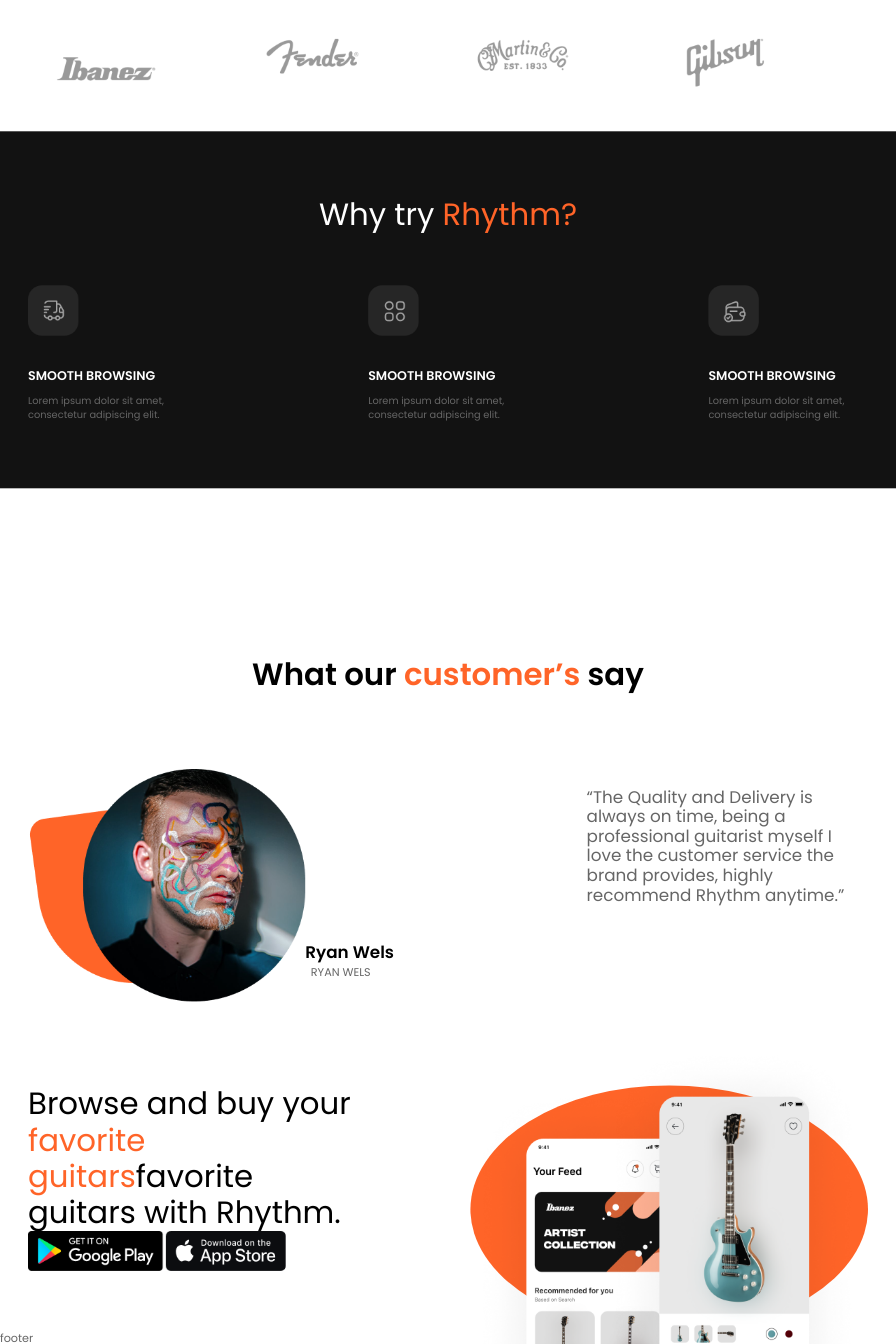
Repository: MorgunovaAlexandra/verstka-gitare-store
Page: index.html
The author's editor kept a copy of each file at every save. The page is drawn from the files as they stood at one save, then again after a run of saves.
The browser window is 1280 px wide. The pictures show the part of the page from y = 2622 to 4542 px (the page is 4542 px tall), at 70% of full size.

Above is the page before, as saved 2022-06-11 20:04:48.

### index.html
<!DOCTYPE html>
<html lang="en">
<head>
    <meta charset="UTF-8">
    <meta http-equiv="X-UA-Compatible" content="IE=edge">
    <meta name="viewport" content="width=device-width, initial-scale=1.0">
    <link rel="stylesheet" href="./style.css">
    <title>Document</title>
</head>
<body>
    <div class="wrapper">
        <header class="header">
            <div class="header__container _container">
                <a href="" class="header__logo">
                    <img src="./img/logo.svg" alt="">
                </a>
                <nav class="header__menu menu">
                    <ul class="menu__list">
                        <li class="menu__item">
                            <a href="" class="menu__link">Store</a>
                        </li>
                        <li class="menu__item">
                            <a href="" class="menu__link">Collections</a>
                        </li>
                        <li class="menu__item">
                            <a href="" class="menu__link">Support</a>
                        </li>
                    </ul>
                </nav>
            </div>
        </header>
        <main class="page">
            <section class="page__main main">
                <div class="main__container _container">
                    <div class="main__content">
                        <h1 class="main__title">Browse top quality <span>Guitars</span> online</h1>
                        <p class="main__text">Explore 50k+ latest collections of branded guitars online with Rhythm.</p>
                        <div class="main_actions actions-main">
                            <a href="" class="actions-main__button">Get the App</a>
                            <div class="actions-main__icon"><img src="./img/Group.png" alt="playMarket"></div>
                            <div class="actions-main__icon"><img src="./img/Apple logo.png" alt="apple"></div>
                        </div>
                    </div>
                    <div class="main_decor decor-main">
                        <div class="decor-main__image">
                            <img  src="./img/unsplash_H6j0Zsy91WY.png"alt="Main">
                        </div>
                    </div>
                </div>
            </section>
            <section class="page_store store">
               <div class="store_container _container">
                   <h2 class="store_title _title">
                    Check out the <span>Store</span>
                   </h2>
                   <div class="store__body body-store">
                       <div class="body-store__header">
                           <div class="body-store__title">NEW ON THE BOARD</div>
                           <a class="body-store__all">view all</a>
                       </div>
                       <div class="body-store__items">
                           <div class="body-store__item item">
                             <a href="" class="item__image">
                                 <img class="img-gitara" src="./img/1gitara.jpg" alt="gitare">
                             </a>
                             <div class="item__title">The Essential Les Paul</div>
                             <div class="item__price">$1,299.00</div>
                           </div>
                           <div class="body-store__item item">
                            <a href="" class="item__image">
                                <img  class="img-gitara" src="./img/2gitare.jpg" alt="gitare">
                            </a>
                            <div class="item__title">J-45 Standard</div>
                            <div class="item__price">$1,699.00</div>
                          </div>
                          <div class="body-store__item item">
                            <a href="" class="item__image">
                                <img  class="img-gitara" src="./img/3gitare.jpg" alt="gitare">
                            </a>
                            <div class="item__title">Hummingbird Standard</div>
                            <div class="item__price">$2,099.00</div>
                          </div>

                       </div>
                    <div class="body-store__header he">
                        <div class="body-store__title">TOP SELLING</div>
                        <a class="body-store__all">view all</a>
                    </div>
                       <div class="body-store__items">
                        <div class="body-store__item item">
                            <a href="" class="item__image">
                                <img class="img-gitara" src="./img/4gitare.jpg" alt="gitare">
                            </a>
                            <div class="item__title">Active Precision Bass® PH V</div>
                            <div class="item__price">$4,199.00</div>
                        </div>
                        <div class="body-store__item item">
                            <a href="" class="item__image">
                                <img class="img-gitara" src="./img/5gitare.jpg" alt="gitare">
                            </a>
                            <div class="item__title">Redondo Special</div>
                            <div class="item__price">$2,800.00</div>
                        </div>
                        <div class="body-store__item item">
                            <a href="" class="item__image">
                                <img class="img-gitara" src="./img/6gitare.jpg" alt="gitare">
                            </a>
                            <div class="item__title">Professional II Stratocaster®</div>
                            <div class="item__price">$3,199.00</div>
                        </div>
                      </div>
                   </div>
               </div>
            </section>
            <section class="page_categories categories">
              <div class="categories__container _container">
                <h2 class="categories__title _title">
                    Choose based on <span>Categories</span>
                </h2>
                <div class="categories__items">
                   <div class="categories__item item">

                       <img class="item__img" src="./img/categories/Rectangle 139.jpg">
                        <h2 class="item__titlee ">Acoustic</h2>
                   </div>
                   <div class="categories__item item">
                    <img class="item__img" src="./img/categories/Rectangle 140.jpg">
                     <h2 class="item__titlee">Acoustic</h2>
                </div>
                <div class="categories__item item">
                    <img class="item__img" src="./img/categories/Rectangle 141.jpg">
                     <h2 class="item__titlee">Acoustic</h2>
                </div>
                <div class="categories__item item">
                    <img class="item__img" src="./img/categories/Rectangle 142.jpg">
                     <h2 class="item__titlee">Acoustic</h2>
                </div>
                </div>
              </div>

            </section>
            <section class="page__brand brand">
                <div class="brand__container _container">
                    <h2 class="brand__title _title">Featuring the <span>Best Brands</span></h2>

                <div class="brand__items">
                   <div class="brand__item item">
                      <img src="./img/brand/Frame.jpg" alt="brand">
                   </div>
                  <div class="brand__item item">
                    <img src="./img/brand/Group.jpg" alt="brand">
                  </div>
                  <div class="brand__item item">
                    <img src="./img/brand/Group.png" alt="brand">
                  </div>
                  <div class="brand__item item">
                    <img src="./img/brand/Group — копия.png" alt="brand">
                  </div>
                  <div class="brand__item item">
                    <img src="./img/brand/image 3.png" alt="brand">
                  </div>
                  <div class="brand__item item">
                    <img src="./img/brand/image 4.png" alt="brand">
                  </div>
                  <div class="brand__item item">
                    <img src="./img/brand/image 6.png" alt="brand">
                  </div>
                  <div class="brand__item item">
                    <img src="./img/brand/image 8.png" alt="brand">
                  </div>
                </div>
                </div>
            </section>
            <section class="page__rhuthm rhuthm _black">
               <div class="rhuthm__container _container">
                   <div class="rhuthm__title _title">Why try<span> Rhythm?</span></div>
                   <div class="rthuthm__items">
                       <div class="rthuthm__item item">
                           <div class="img_rthuthm">
                            <img class="img-group" src="./img/vidget/group.png">
                            <img class="item__vidget-img" alt="vidget" src="./img/vidget/Rectangle 135.png">
                           </div>
                           <h2 class="item__title-vidget">Smooth Browsing</h2>
                           <div class="item__text-vidget">Lorem ipsum dolor sit amet, consectetur adipiscing elit.</div>
                       </div>
                       <div class="rthuthm__item item">
                        <div class="img_rthuthm">
                            <img class="img-group" src="./img/vidget/category-2.png">
                             <img class="item__vidget-img" alt="vidget" src="./img/vidget/Rectangle 136.png">
                        </div>
                        <h2 class="item__title-vidget">Smooth Browsing</h2>
                        <div class="item__text-vidget">Lorem ipsum dolor sit amet, consectetur adipiscing elit.</div>
                    </div>
                    <div class="rthuthm__item item">
                        <div class="img_rthuthm">
                            <img class="img-group" src="./img/vidget/empty-wallet-tick.png">
                             <img class="item__vidget-img" alt="vidget" src="./img/vidget/Rectangle 137.png">
                        </div>
                        <h2 class="item__title-vidget">Smooth Browsing</h2>
                        <div class="item__text-vidget">Lorem ipsum dolor sit amet, consectetur adipiscing elit.</div>
                    </div>
                   </div>
               </div>
            </section>
            <section class="page__castomers castomers">
                <div class="castomers__container _container">
                      <h2 class="castomers__title _title">What our <span>customer’s</span> say</h2>

                <div class="castomers__body ">

                        <img class="body__img" src="./img/castomers/Group 5203.png" alt="chel">

                    <div class="body__text">
                        <div class="body__text-text">“The Quality and Delivery is always on time, being a professional guitarist myself I love the customer service the brand provides, highly recommend Rhythm anytime.”</div>
                        <div class="body__name">Ryan Wels</div>
                        <div class="body__prof">Ryan Wels</div>
                    </div>
                </div>
            </div>
            </section>
            <section class="page__browse browse">
                 <div class="browse__container _container">
                    <div class="browse__block1">
                        <div class="browse__title _title">Browse and buy your <span>favorite guitars</span>favorite guitars with Rhythm.</div>
                        <img src="./img/browse/Mobile app store badge.png" alt="brows">
                        <img src="./img/browse/Mobile app store badge — копия.png" alt="brows">
                    </div>
                    <div class="browse__block2">
                        <img class="browse_img-1" src="./img/browse/guitar s1.png">
                        <img class="browse_img-2" src="./img/browse/guitar s3.png">
                    </div>

                 </div>
            </section>
        </main>
        <footer class="footer">footer</footer>
    </div>

</body>
</html>

### style.css
@import url('https://fonts.googleapis.com/css2?family=Poppins:wght@400;500;600&display=swap');
*,*::before,*::after{
    margin: 0;
    padding: 0;
    box-sizing: border-box;
    border: none;
}
html,body{
    height: 100%;
    min-width: 320px;
}
body{
    line-height: 1;
    font-family: Poppins;
    font-size: 16px;
    color:#666666;
}
ul{}
li{
    list-style: none;
}
a{
    text-decoration: none;
    color:#666666;
    font-weight: 500;

}
/*-----------------------------------*/
._container{
    max-width: 1230px;
    margin: 0 auto;
    padding: 0px 15px;
}
._title{
    font-size: 44px;
    line-height: 52px;
    color:black
}
._title span{
    color:#FF6428
}
/*-----------------------------------*/
.wrapper{
    display: flex;
    flex-direction: column;
    min-height: 100%;
    overflow: hidden;
}

/*------------------header------------------*/
.header__container{
    display: flex;
    gap:131px;
    min-height: 152px;
    align-items: center;
}
.header__logo{

}
.menu__list{
    display: flex;
    gap:56px;
}
.menu__item{
padding: 5px;
background-color:rgba(255,255,255,0.5);
}
.header{
    position: absolute;
    top:0;
    left: 0;
    width: 100%;
    z-index: 20;
}
@media(max-width:1092px) {
    .header__container{
        gap:50px;
        min-height: 100px;
    }
    .menu__list{
        gap:40px;
    }
}
@media(max-width:768.98px){
    .header__container{
        min-height: 50px;
    }
}
@media(max-width:479.98px){
    .menu__list{
        gap:20px
    }
    .header__logo{
        width: 28px;
        overflow: hidden;
        flex: 0 0 28px
    }
    .header__container{
        gap:20px;
    }
    .menu{
        padding: 0;
    }
}
/*------------------main------------------*/
.page{
    flex:1 1 auto
}
.page__main {
}
.main {
    padding-bottom: 80px;
}
.main__container {
    display: flex;
}
._container {
}
.main__content {
    display: flex;
    flex-direction: column;
    justify-content: space-between;
    flex:1 1 50%;
    align-self: flex-end;
    padding-bottom: 60px;
    padding-top: 120px;
    padding-right: 20px;
}
.main__title {
    font-size: 3.5rem;
    line-height: 67px;
    color:black;
    margin-bottom: 16px;
}
.main__title span{
    color:#FF6428
}
.main__text {
    margin-bottom: 34px;
    font-size: 1.5rem;
}
.main_actions {
}
.actions-main {
    display: flex;
    gap: 40px;
    align-items: center;
}
.actions-main__button {
    background-color: #FF6428;
    color:white;
    padding: 18px 48px;
    border-radius: 40px;
    text-align: center;
    transition: all 0.3s ease 0s;
}
.actions-main__button:hover{
    background-color:#b03808
}
.actions-main__icon {
}
.main_decor {
    flex:1 1 50%
}
.decor-main {
}
.decor-main__image {
    margin-right: -135px;
    position: relative;


}
.decor-main__image img{
    max-width: 672px;
}
.decor-main__image::after{
    content: "";
    background: url("./img/Group\ 5189.png");
    width: 80px;
    height: 80px;
    position: absolute;
    right: 36%;
    bottom: 0;
    transform: translate(0,50%);
}
@media(max-width:1092px){
    .decor-main__image img{
        width: 100%;

    }
    .main__content {
        flex:0 0 60%;
        padding-bottom: 0;
    }
    .main_decor {
        flex:0 0 40%
    }
}
@media(max-width:767.97px){
    .main_decor {
        display: none;
    }
    .main__content {
        flex: 1 1 100%;
        padding-right: 0;
        padding-top: 80px;
    }
    .main__title {
        font-size: 44px;
    }
}
@media(max-width:497.98px){
    .actions-main__button {
        flex:1 1 100%;
    }
    .actions-main__icon {
        display: none;
    }
}
/*-----------SECTION2--------------*/
.store_title{
    text-align: center;
    margin-bottom: 92px;
}

.page_store {
}
.store {
    padding-top: 80px;
    padding-bottom: 90px;
}
.store_container {
}
._container {
}


.store__body {
}
.body-store {
}
.body-store__header {
    display: flex;
    justify-content: space-between;
    gap:15px;
    margin-bottom: 32px;
}
.body-store__title {
    font-size: 20px;
    line-height: 30px;
    color:black;
    font-weight: 600;
}
.body-store__all {
    font-weight: 500;
    font-size: 20px;
}
.body-store__items{
    display: flex;
    justify-content: space-between;
    flex-wrap: wrap;
    margin-bottom: 102px;
}
.item__title{
    font-size: 16px;
    font-weight: 500;
    color:#121212;
    line-height: 24px;
    margin-bottom: 7px;
}
.item__price{
    font-size: 14px;
    line-height: 21px;
    font-weight: 400;
}
.item__image{
    padding-bottom: 40px;

}
.img-gitara{
    max-width: 364px;
}
@media(max-width:767.97px){
    .he{
        display: none;
    }
    .item{
        max-width: 50%;
    }
    .img-gitara{
        width: 100%;
    }
}
@media(max-width:497.98px){
    .he{
        display: none;
    }
    .item{
        max-width: 90%;
    }
    .img-gitara{
        width: 100%;
    }
    .body-store__items{
        justify-content: center;
    }
    .body-store__items{
        margin-bottom: 0;
    }
    .store_title {
        margin-bottom: 10px;
    }
    .store {
        padding-top: 0px;
    }
    .body-store__title {
        font-size: 16px;
    }
    .main{
        padding-bottom: 18px;
    }
}


/*----------SECTION3----------------------*/
.categories__items{
    display: flex;
    justify-content: space-around;
    flex-wrap: wrap;
}
.categories__title{
    text-align: center;
    margin-bottom: 80px;
}
.categories__item{
    position: relative;
    padding: 10px;
}
.item__titlee{
    position: absolute;
    top:80%;
    left: 30px;
    color:white;
    font-weight: 600;
    font-size: 20px;
}
.page_categories{
    padding-bottom: 110px;
}
/*----------------------------SECTION BRAND------------*/
.page__brand{

}
.brand__title{
    text-align: center;
    margin-bottom: 96px;
}
.brand__items{
    display: flex;
    justify-content: space-between;
    flex-wrap: wrap;
}
.brand__item{
    width: 25%;
    padding: 40px;
}
@media(max-width:767.97px){
    .brand__item{
        width: 30%;
        padding: 20px;
}
}
@media(max-width:497.98px){
    .brand__item{
        width: 40%;
        padding: 7px;
    }
}
/*---------------------SECTION BLACK--------------------*/

._black{
    background-color: #121212;
}
.page__rhuthm{
    padding-bottom: 94px;
}
.rthuthm__items{
    display: flex;
    justify-content: space-between;
    flex-wrap: wrap;
}
.rhuthm__title{
    color:white;
    text-align: center;
    padding-top: 93px;
    padding-bottom: 75px;
}
.img_rthuthm{
    position: relative;
    margin-bottom: 40px;
}
.img-group{
    position: absolute;
    top:21px;
    left: 22px;
}
.item__title-vidget{
    color:white;
    font-weight: 600;
    font-size: 18px;
    text-transform: uppercase;
    line-height: 27px;
    margin-bottom: 12px;
}
.item__text-vidget{
    color:#666666;
    font-weight: 400;
    font-size: 14px;
    line-height: 21px;

}
.rthuthm__item{
    width: 19%;
}
@media(max-width:497.98px){
    .rthuthm__item{
        width: 80%;
    }
    .rthuthm__items{
        justify-content: center;
        align-items: center;
    }

    .img_rthuthm {
        margin-bottom: 0;
    }
    .item__text-vidget {
        margin-bottom: 15px;
    }
    .page__rhuthm{
        padding-bottom: 30px;
    }
}
/*---------------------SECTION-CASTOMERS---------*/
.page__castomers{
    padding-bottom: 120px;
}
.castomers__title{
    text-align: center;
    padding-top: 240px;
}
.castomers__body{
    display: flex;
    justify-content: space-around;
    align-items: center;
    margin-top: 109px;

}

.body__text-text{
    width: 50%;
    font-weight: 400;
    line-height: 28px;
    font-size: 24px;
    margin-bottom: 56px;
}
.body__img{
    width: 33%;
}
.body__text{
    display: flex;
    flex-direction: column;

align-items: flex-end;
}
.body__name{
    align-self: flex-start;
    font-weight: 600;
    font-size: 24px;
    color:#000000;
}
.body__prof{
    text-transform: uppercase;
    align-self: flex-start;
    padding: 8px;
}
@media(max-width:767.97px){
    .castomers__title {
        padding-top: 10px;
    }
    .body__img{
        width: 26%;
    }
    .body__text-text{
        margin-bottom: 30px;
    }
    .body__text-text{
        width: 90%;
    }
    .castomers__body{
        align-items: center;
    }
    .body__prof{
        display: none;
    }
    .body__name{
        display: none;
    }
    .page__castomers{
        padding-top: 20px;
    }
}
@media(max-width:497.98px){
    .castomers__body{
        margin-top: 10px;
    }
    .body__img{
        display: none;
    }
    .body__text-text{
        width: 97%;
    }

}
/*----------------SECTION------BREWSE----------*/
.browse__container{
    display: flex;
    justify-content: space-between;
}
.browse__block1{
    width: 40%;
}
.browse__block2{
width: 48%;
background-color: #FF6428;
width: 568px;
height: 354px;
border-radius: 70%;
position: relative;
}
.browse_img-1{
    position: absolute;
    top:-60px;
    left: 190px;
}
.browse_img-2{

}

After the next 2 saves:
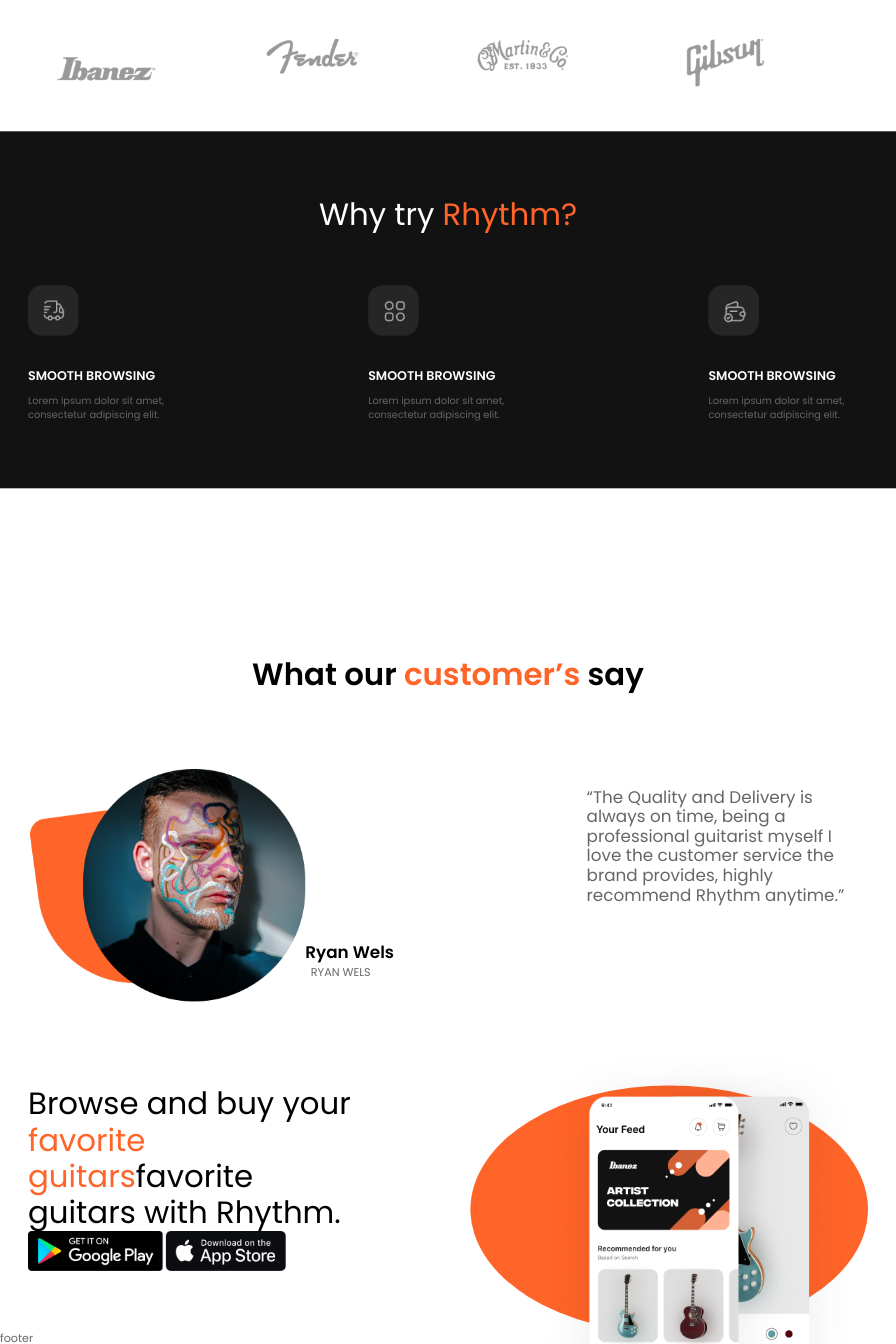
The 2 saves are shown as one change because they came seconds apart.
The last was saved 7 s later.
--- a/style.css
+++ b/style.css
@@ -544,5 +544,7 @@
     left: 190px;
 }
 .browse_img-2{
-
-}
+    position: absolute;
+    top:-60px;
+    left: 90px;
+}
